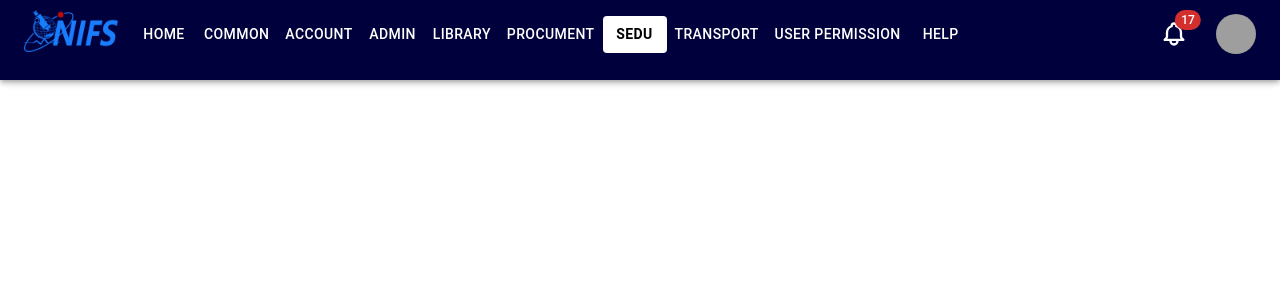
Repository: virangaj/NIFS-WebApp
Page: /sedu (app in client/)
These files come from the project's save history. The page is drawn as it stood at one moment and after the next save; the edit follows.
The browser window is 1280 px wide. The pictures show the whole page.
Pictures or frames that could not be fetched are drawn as grey boxes. The project was rebuilt for these pictures with package versions that can differ from the ones it lists, and the page was loaded fresh each time. Also part of the build but not shown: client/src/pages/Login.tsx, client/src/pages/Home.tsx, client/src/components/Transport/shared/TransportNavbar.js, client/src/pages/TransportMainPage.tsx, client/src/pages/CommonMainPage.tsx, client/src/pages/AccountMainPage.tsx, client/src/pages/AdminMainPage.tsx, client/src/pages/LibraryMainPage.js and 4 more.

Above is the page before, as saved 2022-07-27 00:34:41.

### client/public/index.html
<!DOCTYPE html>
<html lang="en">
	<head>
		<meta charset="utf-8" />
		<link rel="icon" href="nifs_logo.png" />
		<meta name="viewport" content="width=device-width, initial-scale=1" />
		<meta name="theme-color" content="#000000" />
		<meta
			name="description"
			content="Web site created using create-react-app"
		/>
		<link rel="apple-touch-icon" href="%PUBLIC_URL%/logo192.png" />
		<!--
      manifest.json provides metadata used when your web app is installed on a
      user's mobile device or desktop. See https://developers.google.com/web/fundamentals/web-app-manifest/
    -->
		<link rel="manifest" href="%PUBLIC_URL%/manifest.json" />
		<!--
      Notice the use of %PUBLIC_URL% in the tags above.
      It will be replaced with the URL of the `public` folder during the build.
      Only files inside the `public` folder can be referenced from the HTML.

      Unlike "/favicon.ico" or "favicon.ico", "%PUBLIC_URL%/favicon.ico" will
      work correctly both with client-side routing and a non-root public URL.
      Learn how to configure a non-root public URL by running `npm run build`.
    -->
		<link
			href="https://fonts.googleapis.com/css?family=Poppins"
			rel="stylesheet"
		/>
		<title>NIFS Dashboard</title>
	</head>
	<body>
		<noscript>You need to enable JavaScript to run this app.</noscript>
		<div id="root"></div>
		<!--
      This HTML file is a template.
      If you open it directly in the browser, you will see an empty page.

      You can add webfonts, meta tags, or analytics to this file.
      The build step will place the bundled scripts into the <body> tag.

      To begin the development, run `npm start` or `yarn start`.
      To create a production bundle, use `npm run build` or `yarn build`.
    -->
	</body>
</html>

### client/src/index.css
* {
  margin: 0;
}

body {
  font-family: 'Poppins';
  -webkit-font-smoothing: antialiased;
  -moz-osx-font-smoothing: grayscale;
}

:root {
  --main-navbar-back: #00003c;

}


.nav-logo {
  width: 100px;
  height: auto;
}

/* main navbar */
.main-navbar {
  background-color: var(--main-navbar-back) !important;
  width: 100% !important;
  height: 80px !important;

}



/* secondary navbar */
.secondary-navbar {
  margin-top: 10vh !important;
  margin: auto;
}

/* body content */
.body-content {
  margin: auto;
  width: 90%;
  margin-top: 10vh;

}

.sub-body-content {
  margin: auto;
  width: 90%;
  margin-top: 3vh;
}

### client/src/App.tsx
import React, { useEffect } from 'react';
import Navbar from './components/shared/Navbar';
import Login from './pages/Login'
import { BrowserRouter as Router, Route, Routes } from 'react-router-dom'
import Home from './pages/Home';
import TransportMainPage from './pages/TransportMainPage';
import CommonMainPage from './pages/CommonMainPage';
import AccountMainPage from './pages/AccountMainPage';
import AdminMainPage from './pages/AdminMainPage';
import LibraryMainPage from './pages/LibraryMainPage';
import ProcumentMainPage from './pages/ProcumentMainPage';
import SeduMainPage from './pages/SeduMainPage';
import UserPermissionMainPage from './pages/UserPermissionMainPage';
import NotificationMainPage from './pages/NotificationMainPage';
import HelpMainPage from './pages/HelpMainPage';

function App() {


  return (
    <Router>
      <Navbar />
      <Routes>

        <Route path="/login" element={<Login />} />
        <Route path="/" element={<Home />} />
        <Route path="/common/*" element={<CommonMainPage />} />
        <Route path="/account/*" element={<AccountMainPage />} />
        <Route path="/admin/*" element={<AdminMainPage />} />
        <Route path="/library/*" element={<LibraryMainPage />} />
        <Route path="/procument/*" element={<ProcumentMainPage />} />
        <Route path="/sedu/*" element={<SeduMainPage />} />
        <Route path="/transport/*" element={<TransportMainPage />} />
        <Route
          path="/user-permission/*"
          element={<UserPermissionMainPage />}
        />
        <Route
          path="/notification/*"
          element={<NotificationMainPage />}
        />
        <Route path="/help/*" element={<HelpMainPage />} />
      </Routes>


    </Router>
  );
}

export default App;

### client/src/components/shared/Navbar.tsx
import * as React from 'react';
import AppBar from '@mui/material/AppBar';
import Box from '@mui/material/Box';
import Toolbar from '@mui/material/Toolbar';
import IconButton from '@mui/material/IconButton';
import Typography from '@mui/material/Typography';
import Menu from '@mui/material/Menu';
import Container from '@mui/material/Container';
import Avatar from '@mui/material/Avatar';
import Button from '@mui/material/Button';
import Tooltip from '@mui/material/Tooltip';
import MenuItem from '@mui/material/MenuItem';
import { HiMenuAlt2, HiOutlineBell } from "react-icons/hi";
import Badge from '@mui/material/Badge';
import Logo from '../../images/nifs_logo.png'
import { Link, useLocation } from 'react-router-dom';
const pages = [
    {
        id: 0,
        title: 'Home',
        link: '/',
    },
    {
        id: 1,
        title: 'Common',
        link: '/common',
    },
    {
        id: 2,
        title: 'Account',
        link: '/account',
    },
    {
        id: 3,
        title: 'Admin',
        link: '/admin',
    },
    {
        id: 4,
        title: 'Library',
        link: '/library',
    },
    {
        id: 5,
        title: 'Procument',
        link: '/procument',
    },
    {
        id: 6,
        title: 'SEDU',
        link: '/sedu',
    },
    {
        id: 7,
        title: 'Transport',
        link: '/transport',
    },
    {
        id: 8,
        title: 'User Permission',
        link: '/user-permission',
    },
    // {
    //     id: 9,
    //     title: 'Notification',
    //     link: '/notification',
    // },
    {
        id: 10,
        title: 'Help',
        link: '/help',
    },
];
const settings = [
    {
        id: 0,
        title: 'Login',
        link: '/login',
    },
];
const Navbar = () => {

    const location: any = useLocation();
    console.log(location.pathname.split('/')[1])


    const [anchorElNav, setAnchorElNav] = React.useState<null | HTMLElement>(null);
    const [anchorElUser, setAnchorElUser] = React.useState<null | HTMLElement>(null);

    const handleOpenNavMenu = (event: React.MouseEvent<HTMLElement>) => {
        setAnchorElNav(event.currentTarget);
    };
    const handleOpenUserMenu = (event: React.MouseEvent<HTMLElement>) => {
        setAnchorElUser(event.currentTarget);
    };

    const handleCloseNavMenu = () => {
        setAnchorElNav(null);
    };

    const handleCloseUserMenu = () => {
        setAnchorElUser(null);
    };

    return (
        <AppBar position="fixed" className="main-navbar">
            <Container maxWidth="xl">
                <Toolbar disableGutters>
                    {/*Responsive view start here  */}
                    <Box sx={{ display: { xs: 'none', md: 'flex' }, mr: 1 }}>
                        <Link to='/'>
                            <img src={Logo} alt="logo" className="nav-logo" />
                        </Link>
                    </Box>


                    <Box sx={{ flexGrow: 1, display: { xs: 'flex', md: 'none' } }}>
                        <IconButton
                            size="large"
                            aria-label="account of current user"
                            aria-controls="menu-appbar"
                            aria-haspopup="true"
                            onClick={handleOpenNavMenu}
                            color="inherit"
                        >
                            <HiMenuAlt2 />
                        </IconButton>
                        <Menu
                            id="menu-appbar"
                            anchorEl={anchorElNav}
                            anchorOrigin={{
                                vertical: 'bottom',
                                horizontal: 'left',
                            }}
                            keepMounted
                            transformOrigin={{
                                vertical: 'top',
                                horizontal: 'left',
                            }}
                            open={Boolean(anchorElNav)}
                            onClose={handleCloseNavMenu}
                            sx={{
                                display: { xs: 'block', md: 'none' },
                            }}
                        >
                            {pages && pages.map((page) => (
                                location.pathname.split('/')[1] === page.link.split('/')[1] ?
                                    <Link to={page.link} style={{ textDecoration: 'none' }} >
                                        <Button
                                            key={page.id}
                                            onClick={handleCloseNavMenu}
                                            sx={{ my: 2, color: 'white', display: 'block' }}
                                            style={{ backgroundColor: '#000', color: '#fff', fontWeight: 700 }}
                                        >
                                            {page.title}
                                        </Button>
                                    </Link>
                                    :
                                    <Link to={page.link} style={{ textDecoration: 'none' }} >
                                        <Button
                                            key={page.id}
                                            onClick={handleCloseNavMenu}
                                            sx={{ my: 2, color: 'white', display: 'block' }}
                                            style={{ backgroundColor: '#fff', color: '#000' }}
                                        >
                                            {page.title}
                                        </Button>
                                    </Link>
                            ))}
                        </Menu>
                    </Box>
                    {/* Responsive view ends here */}

                    {/* Full width starts here */}
                    <Box
                        sx={{
                            mr: 2,
                            display: { xs: 'flex', md: 'none' },
                            flexGrow: 1,
                        }}
                    >
                        <Link to='/'>
                            <img src={Logo} alt="logo" className="nav-logo" />
                        </Link>
                    </Box>

                    <Box sx={{ flexGrow: 1, display: { xs: 'none', md: 'flex' } }}>
                        {pages.map((page) => (
                            location.pathname.split('/')[1] === page.link.split('/')[1] ?
                                <Link to={page.link} style={{ textDecoration: 'none' }} >
                                    <Button
                                        key={page.id}
                                        onClick={handleCloseNavMenu}
                                        sx={{ my: 2, color: 'white', display: 'block' }}
                                        style={{ backgroundColor: '#fff', color: '#000', fontWeight: 700 }}


                                    >
                                        {page.title}
                                    </Button>
                                </Link>
                                :
                                <Link to={page.link} style={{ textDecoration: 'none' }} >
                                    <Button
                                        key={page.id}
                                        onClick={handleCloseNavMenu}
                                        sx={{ my: 2, color: 'white', display: 'block' }}

                                    >
                                        {page.title}
                                    </Button>
                                </Link>
                        ))}
                    </Box>
                    <IconButton
                        size="large"
                        aria-label="show 17 new notifications"
                        color="inherit"
                        sx={{ mr: 2 }}
                    >
                        <Badge badgeContent={17} color="error">
                            <HiOutlineBell />
                        </Badge>
                    </IconButton>
                    <Box sx={{ flexGrow: 0 }}>
                        <Tooltip title="Open settings">
                            <IconButton onClick={handleOpenUserMenu} sx={{ p: 0 }}>
                                <Avatar alt="Remy Sharp" src="/static/images/avatar/2.jpg" />
                            </IconButton>
                        </Tooltip>
                        <Menu
                            sx={{ mt: '45px' }}
                            id="menu-appbar"
                            anchorEl={anchorElUser}
                            anchorOrigin={{
                                vertical: 'top',
                                horizontal: 'right',
                            }}
                            keepMounted
                            transformOrigin={{
                                vertical: 'top',
                                horizontal: 'right',
                            }}
                            open={Boolean(anchorElUser)}
                            onClose={handleCloseUserMenu}
                        >
                            {settings && settings.map((setting) => (
                                <MenuItem key={setting.id} onClick={handleCloseUserMenu}>
                                    <Typography textAlign="center">{setting.title}</Typography>
                                </MenuItem>
                            ))}
                        </Menu>
                    </Box>
                </Toolbar>
            </Container>
        </AppBar>
    );
};
export default Navbar;

### client/src/pages/SeduMainPage.tsx
import React from 'react';
import { Route, Routes } from 'react-router-dom';
import SeduSecondaryNavbar from '../components/sedu/SeduSecondaryNavbar';
import SecondaryNavbar from '../components/shared/SecondaryNavbar';


// sedu main page where all other section of sedu department can be access from here
function SeduMainPage() {

	return <div>
		<SeduSecondaryNavbar />
		<div className="sub-body-content">
			<Routes>
				{/* <Route path="/" element={<NewRequest />} />
					<Route path="/recommend" element={<RecommendedRequest />} />
					<Route path="/approve" element={<ApproveRequest />} /> */}
			</Routes>
		</div>
	</div>;
}

export default SeduMainPage;

### client/src/components/sedu/SeduSecondaryNavbar.tsx
import { Box } from '@mui/material'
import React from 'react'

import { FaArtstation, FaApple, FaAppStoreIos } from "react-icons/fa";
function SeduSecondaryNavbar() {

    return (
        <Box sx={{ width: '90%' }} className="secondary-navbar">


        </Box>
    )
}

export default SeduSecondaryNavbar

Loaded but not shown: client/src/index.tsx (common file); client/src/reportWebVitals.ts (common file)

After the next save:
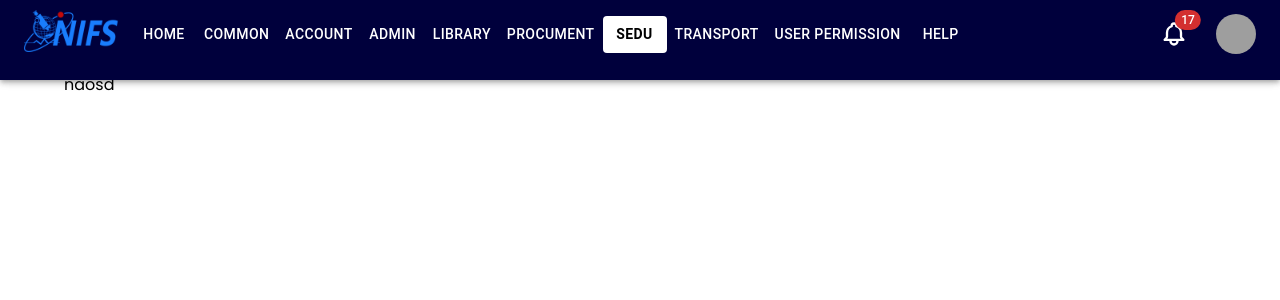
Saved 10 s later.
--- a/client/src/components/sedu/SeduSecondaryNavbar.tsx
+++ b/client/src/components/sedu/SeduSecondaryNavbar.tsx
@@ -6,7 +6,7 @@
 
     return (
         <Box sx={{ width: '90%' }} className="secondary-navbar">
-
+            naosd
 
         </Box>
     )

After the save that followed:
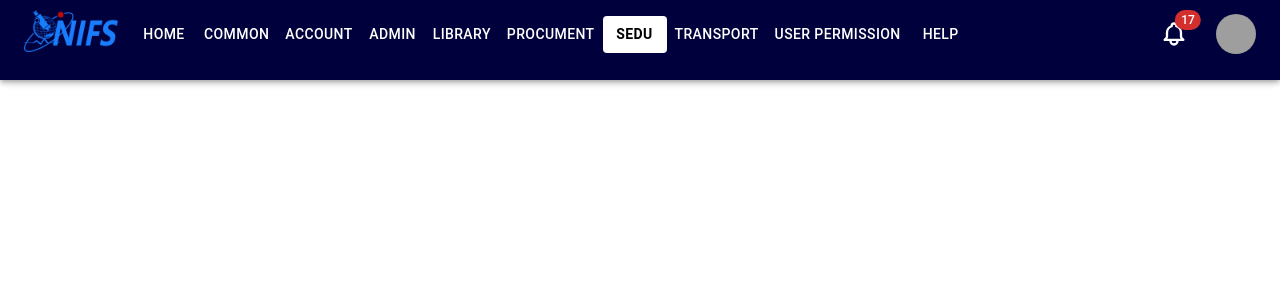
Saved 4 s later.
--- a/client/src/components/sedu/SeduSecondaryNavbar.tsx
+++ b/client/src/components/sedu/SeduSecondaryNavbar.tsx
@@ -6,7 +6,7 @@
 
     return (
         <Box sx={{ width: '90%' }} className="secondary-navbar">
-            naosd
+
 
         </Box>
     )
